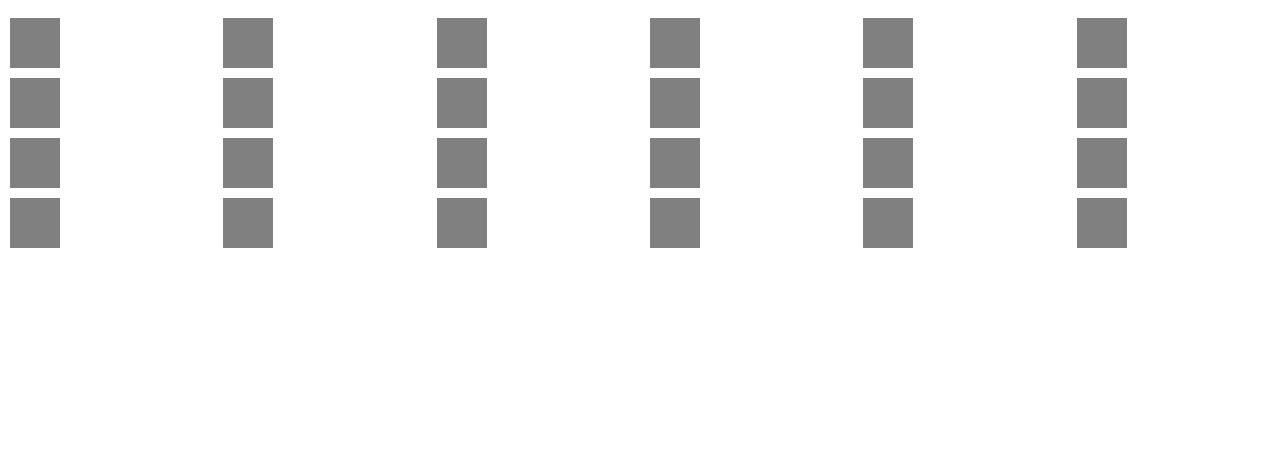
Repository: batonAnton/Hw-Lec-8
Page: index.html
The author's editor kept a copy of each file at every save. The page is drawn from the files as they stood at one save, then again after the next save.
The browser window is 1280 px wide. The pictures show the whole page.

Above is the page before, as saved 2022-06-24 11:40:42.

### index.html
<!DOCTYPE html>
<html lang="en">
<head>
    <meta charset="UTF-8">
    <meta http-equiv="X-UA-Compatible" content="IE=edge">
    <meta name="viewport" content="width=device-width, initial-scale=1.0">
    <link rel="stylesheet" href="./css/style.css">
    <title>PseudoClass</title>
</head>
<body>
    <div class="allblock">
        <div class="row">
            <div class="block"></div>
            <div class="block"></div>
            <div class="block"></div>
            <div class="block"></div>
        </div>

        <div class="row">
            <div class="block"></div>
            <div class="block"></div>
            <div class="block"></div>
            <div class="block"></div>
        </div>

        <div class="row">
            <div class="block"></div>
            <div class="block"></div>
            <div class="block"></div>
            <div class="block"></div>
        </div>

        <div class="row">
            <div class="block"></div>
            <div class="block"></div>
            <div class="block"></div>
            <div class="block"></div>
        </div>

        <div class="row">
            <div class="block"></div>
            <div class="block"></div>
            <div class="block"></div>
            <div class="block"></div>
        </div>

        <div class="row">
            <div class="block"></div>
            <div class="block"></div>
            <div class="block"></div>
            <div class="block"></div>
        </div>

    </div>
</body>
</html>

### css/style.css
*{
    width: 100%;
    margin-left: auto;
    margin-right: auto;
}

.allblock{
    display: flex;
}

.block{
    width: 50px;
    height: 50px;
    background-color: gray;
    margin: 10px;
}

After the next save:
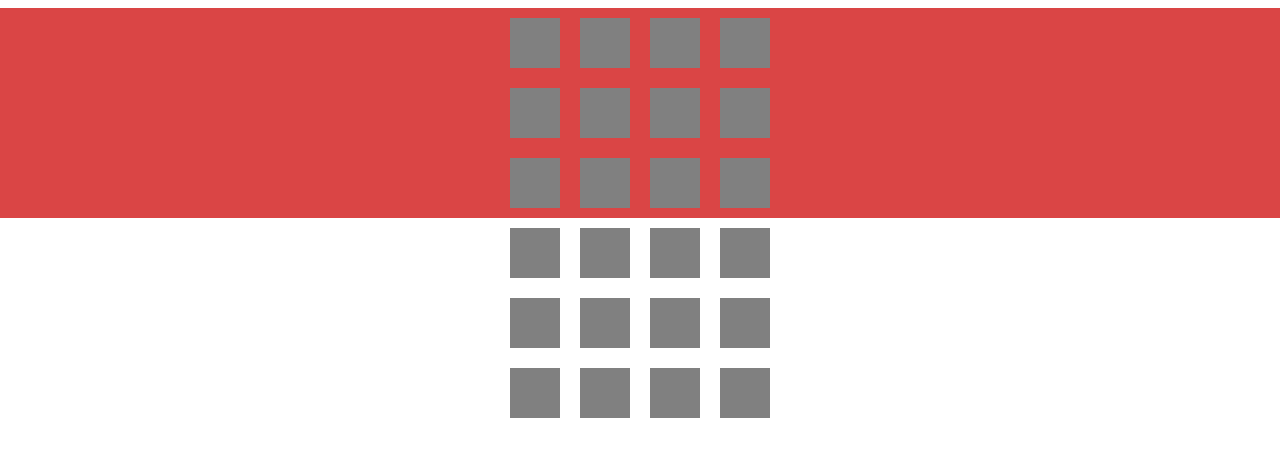
Saved 80 s later.
--- a/css/style.css
+++ b/css/style.css
@@ -4,8 +4,10 @@
     margin-right: auto;
 }
 
-.allblock{
+.row{
     display: flex;
+    justify-content: center;
+
 }
 
 .block{
@@ -14,3 +16,7 @@
     background-color: gray;
     margin: 10px;
 }
+
+.row:nth-child(1), .row:nth-child(2), .row:nth-child(3){
+    background-color: rgb(218, 69, 69);
+}
